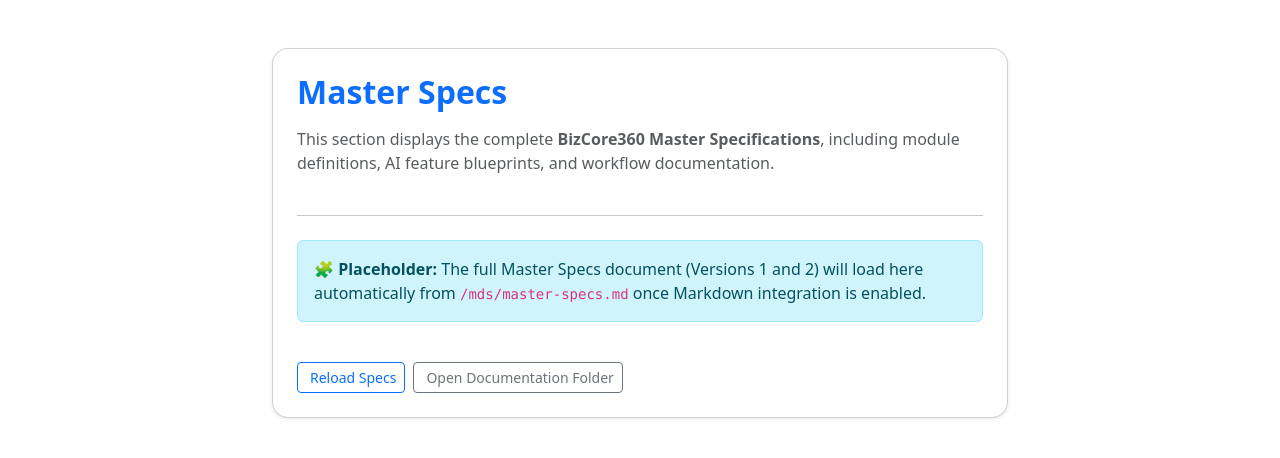
Repository: tonym642/bizcore360-wp
Page: pages/master-specs.html
An editor plug-in stored every save of this project. The page is shown before and after the next save, followed by the edit.
The browser window is 1280 px wide. The pictures show the whole page.

Above is the page before, as saved 2025-10-22 15:35:02.

### pages/master-specs.html

<!DOCTYPE html>
<html lang="en">
<head>
  <meta charset="UTF-8">
  <meta name="viewport" content="width=device-width, initial-scale=1.0">
  <title>Master Specs</title>
  <link href="https://cdn.jsdelivr.net/npm/bootstrap@5.3.2/dist/css/bootstrap.min.css" rel="stylesheet">
  <link href="../assets/css/style.css" rel="stylesheet">
</head>
<body>
  <div class="container py-5">
    <div class="row justify-content-center">
      <div class="col-lg-8">
        <div class="card shadow-sm p-4 rounded-4" id="masterSpecsCard">
          <h2 class="mb-3 fw-bold text-primary">Master Specs</h2>
          <p class="text-muted">This section displays the complete <strong>BizCore360 Master Specifications</strong>, including module definitions, AI feature blueprints, and workflow documentation.</p>
          <hr class="my-4">
          <div id="specsContent">
            <div class="alert alert-info">🧩 <strong>Placeholder:</strong> The full Master Specs document (Versions 1 and 2) will load here automatically from <code>/mds/master-specs.md</code> once Markdown integration is enabled.</div>
          </div>
          <div class="mt-4 d-flex gap-2">
            <button id="btnReloadSpecs" class="btn btn-outline-primary btn-sm"><i class="bi bi-arrow-clockwise me-1"></i>Reload Specs</button>
            <button id="btnOpenDocs" class="btn btn-outline-secondary btn-sm"><i class="bi bi-journal-text me-1"></i>Open Documentation Folder</button>
          </div>
        </div>
      </div>
    </div>
  </div>
  <script src="https://cdn.jsdelivr.net/npm/bootstrap@5.3.2/dist/js/bootstrap.bundle.min.js"></script>
  <script>
    document.getElementById("btnReloadSpecs").addEventListener("click", () => {
      alert("Markdown auto-loading will be enabled soon. This button will reload /mds/master-specs.md.");
    });
    document.getElementById("btnOpenDocs").addEventListener("click", () => {
      alert("This will open your /mds/ folder (coming feature).");
    });
  </script>
</body>
</html>

### assets/css/style.css
/* ===========================================================
   BizCore360 App CSS Isolation - v2025.10.22
   =========================================================== */

#bizcore360-app * {
  all: revert !important;
  box-sizing: border-box !important;
  font-family: 'Inter', sans-serif !important;
  font-size: 14px !important;
  color: #212529 !important;
}

#bizcore360-app {
  padding: 1rem !important;
  background: transparent !important;
}

#bizcore360-app .container-fluid {
  max-width: 1200px;
  margin: 0 auto;
  padding: 2rem !important;
}

#bizcore360-app .card {
  background-color: #fff !important;
  border: 1px solid #e5e7eb !important;
  border-radius: .75rem !important;
  box-shadow: 0 4px 12px rgba(0, 0, 0, 0.05) !important;
}

#bizcore360-app h4 {
  color: #0d6efd !important;
  font-weight: 600 !important;
  margin-bottom: 1rem !important;
}

#bizcore360-app label {
  font-weight: 500 !important;
  color: #212529 !important;
  margin-bottom: .25rem !important;
}

#bizcore360-app input.form-control,
#bizcore360-app textarea.form-control,
#bizcore360-app select.form-select {
  border: 1px solid #dee2e6 !important;
  background-color: #fff !important;
  color: #212529 !important;
  width: 100% !important;
  padding: .5rem .75rem !important;
  border-radius: .375rem !important;
  display: block !important;
}

#bizcore360-app input[readonly] {
  background-color: #f8f9fa !important;
}

#bizcore360-app button.btn {
  font-size: 14px !important;
  padding: .45rem 1rem !important;
  border-radius: .375rem !important;
}

#bizcore360-app .btn-outline-secondary {
  border-color: #ced4da !important;
  color: #495057 !important;
}

#bizcore360-app .btn-primary {
  background-color: #0d6efd !important;
  border-color: #0d6efd !important;
}

#bizcore360-app .alert {
  font-size: 14px !important;
  border-radius: .375rem !important;
  margin-top: 1rem !important;
}

After the next save:
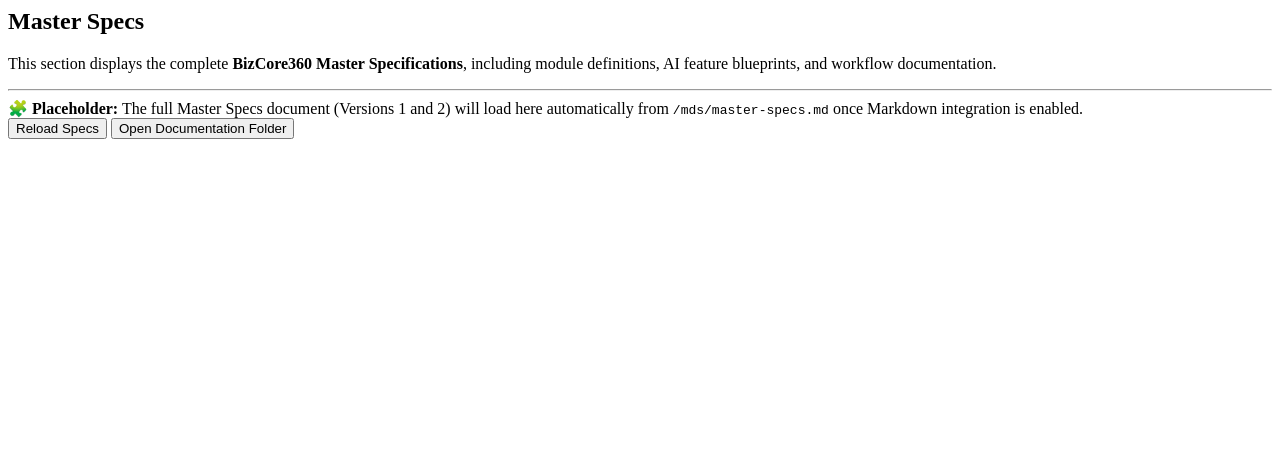
Saved 109 s later.
--- a/pages/master-specs.html
+++ b/pages/master-specs.html
@@ -1,40 +1,29 @@
 
-<!DOCTYPE html>
-<html lang="en">
-<head>
-  <meta charset="UTF-8">
-  <meta name="viewport" content="width=device-width, initial-scale=1.0">
-  <title>Master Specs</title>
-  <link href="https://cdn.jsdelivr.net/npm/bootstrap@5.3.2/dist/css/bootstrap.min.css" rel="stylesheet">
-  <link href="../assets/css/style.css" rel="stylesheet">
-</head>
-<body>
-  <div class="container py-5">
-    <div class="row justify-content-center">
-      <div class="col-lg-8">
-        <div class="card shadow-sm p-4 rounded-4" id="masterSpecsCard">
-          <h2 class="mb-3 fw-bold text-primary">Master Specs</h2>
-          <p class="text-muted">This section displays the complete <strong>BizCore360 Master Specifications</strong>, including module definitions, AI feature blueprints, and workflow documentation.</p>
-          <hr class="my-4">
-          <div id="specsContent">
-            <div class="alert alert-info">🧩 <strong>Placeholder:</strong> The full Master Specs document (Versions 1 and 2) will load here automatically from <code>/mds/master-specs.md</code> once Markdown integration is enabled.</div>
-          </div>
-          <div class="mt-4 d-flex gap-2">
-            <button id="btnReloadSpecs" class="btn btn-outline-primary btn-sm"><i class="bi bi-arrow-clockwise me-1"></i>Reload Specs</button>
-            <button id="btnOpenDocs" class="btn btn-outline-secondary btn-sm"><i class="bi bi-journal-text me-1"></i>Open Documentation Folder</button>
-          </div>
+<div class="container py-5">
+  <div class="row justify-content-center">
+    <div class="col-lg-8">
+      <div class="card shadow-sm p-4 rounded-4" id="masterSpecsCard">
+        <h2 class="mb-3 fw-bold text-primary">Master Specs</h2>
+        <p class="text-muted">This section displays the complete <strong>BizCore360 Master Specifications</strong>, including module definitions, AI feature blueprints, and workflow documentation.</p>
+        <hr class="my-4">
+        <div id="specsContent">
+          <div class="alert alert-info">🧩 <strong>Placeholder:</strong> The full Master Specs document (Versions 1 and 2) will load here automatically from <code>/mds/master-specs.md</code> once Markdown integration is enabled.</div>
+        </div>
+        <div class="mt-4 d-flex gap-2">
+          <button id="btnReloadSpecs" class="btn btn-outline-primary btn-sm"><i class="bi bi-arrow-clockwise me-1"></i>Reload Specs</button>
+          <button id="btnOpenDocs" class="btn btn-outline-secondary btn-sm"><i class="bi bi-journal-text me-1"></i>Open Documentation Folder</button>
         </div>
       </div>
     </div>
   </div>
-  <script src="https://cdn.jsdelivr.net/npm/bootstrap@5.3.2/dist/js/bootstrap.bundle.min.js"></script>
-  <script>
-    document.getElementById("btnReloadSpecs").addEventListener("click", () => {
-      alert("Markdown auto-loading will be enabled soon. This button will reload /mds/master-specs.md.");
-    });
-    document.getElementById("btnOpenDocs").addEventListener("click", () => {
-      alert("This will open your /mds/ folder (coming feature).");
-    });
-  </script>
-</body>
-</html>
+</div>
+<script>
+  document.getElementById("btnReloadSpecs").addEventListener("click", () => {
+    alert("Markdown auto-loading will be enabled soon. This button will reload /mds/master-specs.md.");
+  });
+  document.getElementById("btnOpenDocs").addEventListener("click", () => {
+    alert("This will open your /mds/ folder (coming feature).");
+  });
+</script>
+
+<!-- forced-sync: 2025-10-21 17:41:54 -->
